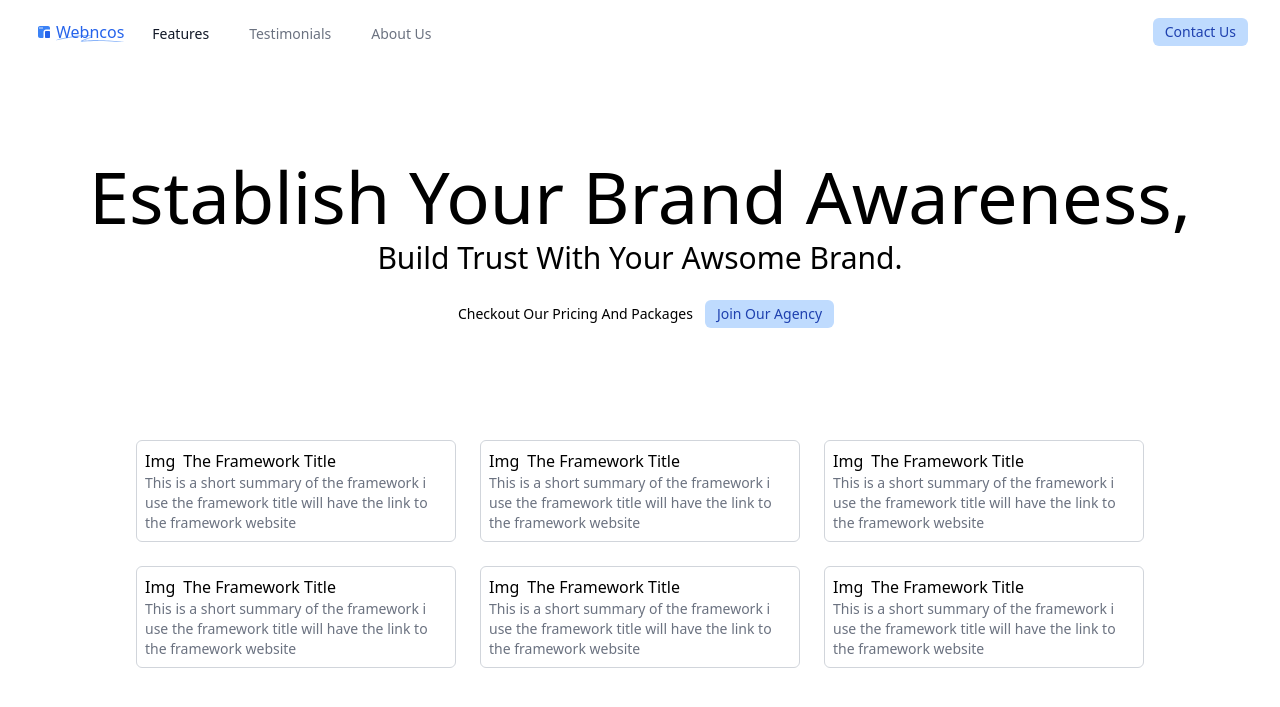
Repository: 1realjulius/webncos
Page: /
The author's editor kept a copy of each file at every save. The page is drawn from the files as they stood at one save, then again after the next save.
The browser window is 1280 px wide. The pictures show the whole page.
The project was rebuilt for these pictures with package versions that can differ from the ones it lists, and the page was loaded fresh each time. A package was used in the major version that the imports need, not the one package.json lists. The framework's server and built-in components were replaced by stand-ins that run in the browser. Also part of the build but not shown: next.config.js.

Above is the page before, as saved 2022-08-22 17:49:43.

After the next save:
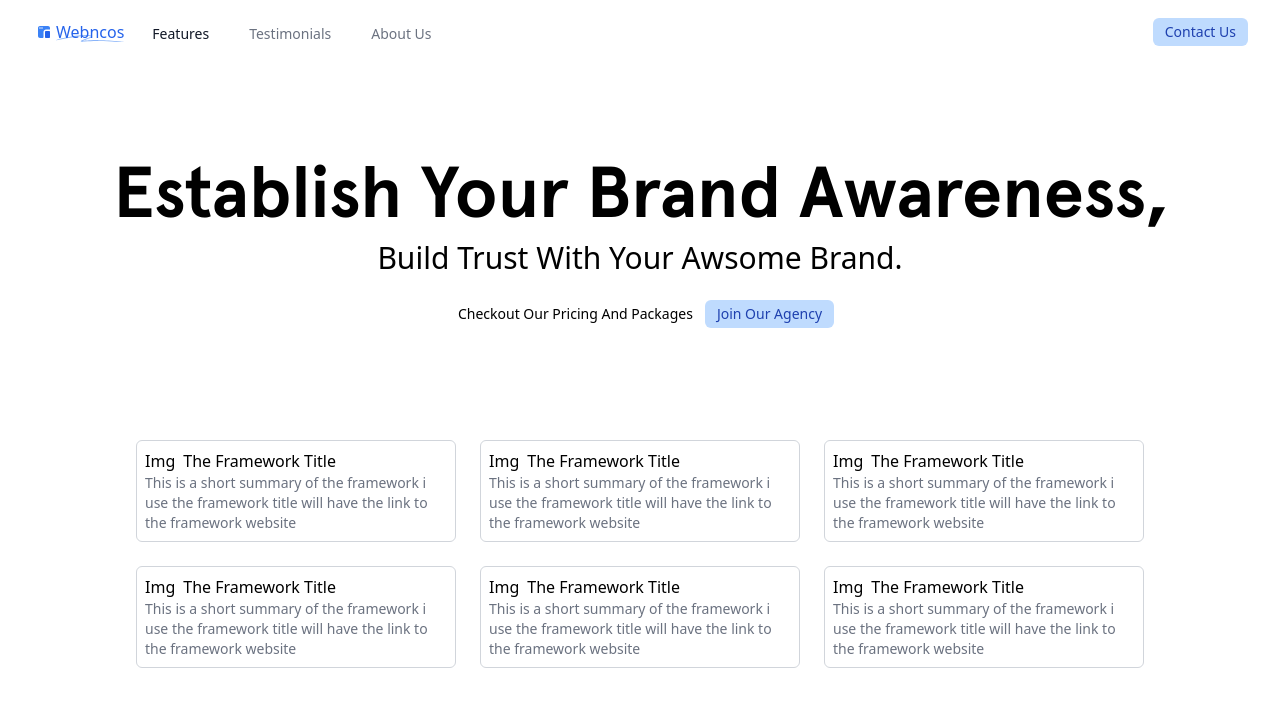
Saved 34 s later.
--- a/components/MainHome.tsx
+++ b/components/MainHome.tsx
@@ -8,7 +8,7 @@ const MainHome = () => {
       <div>
         <div className=" flex flex-col items-center justify-center my-20">
           <div className="pt-4 pb-2">
-            <h1 className="text-4xl md:text-7xl text-center">
+            <h1 className="text-4xl md:text-7xl text-center font-ApercuBold">
               Establish Your Brand Awareness,
             </h1>
           </div>
